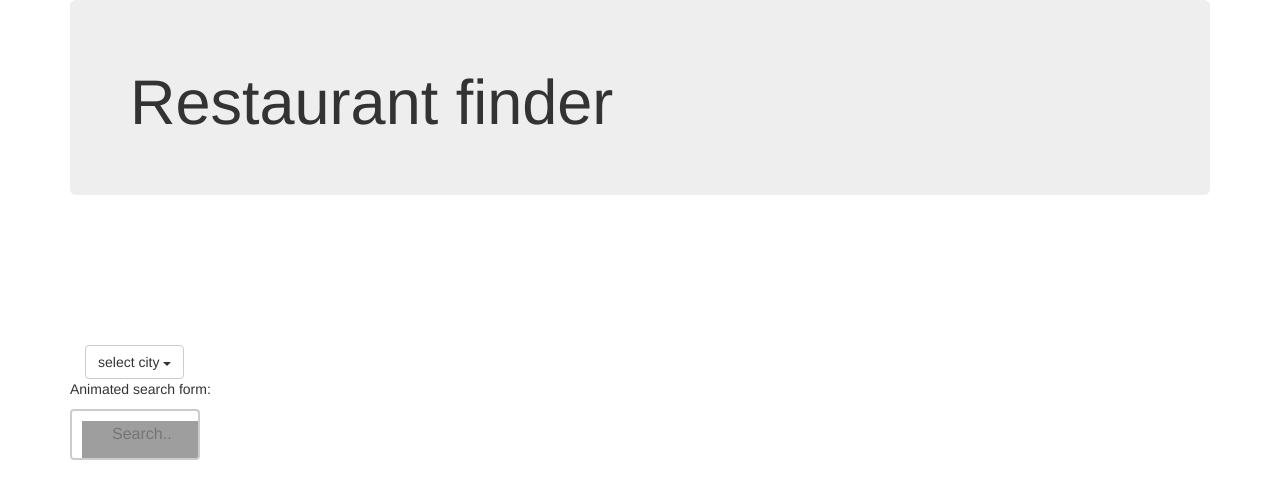
Repository: ganz-95/Denuvo-final
Page: http://localhost/restaurant/
These files come from the project's save history. The page is drawn as it stood at one moment and after the next save; the edit follows.
The browser window is 1280 px wide. The pictures show the whole page.
Pictures or frames that could not be fetched are drawn as grey boxes. Some web libraries are served in a nearby version. The page is served by Tomcat 9.

Above is the page before, as saved 2017-01-23 15:46:38.

After the next save:
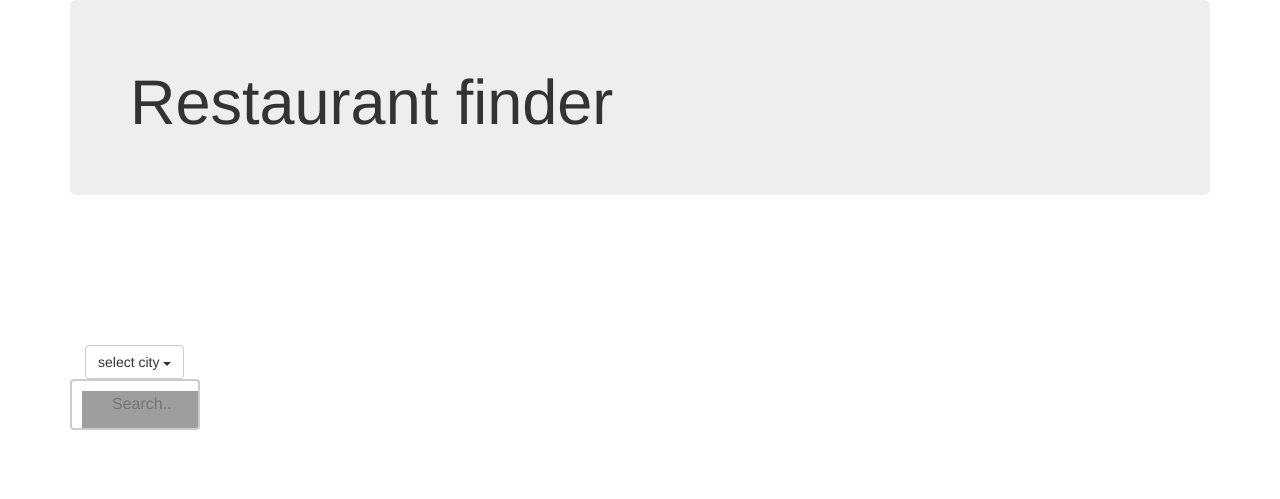
Saved 67 s later.
--- a/workspace/restaurant/src/main/webapp/index.jsp
+++ b/workspace/restaurant/src/main/webapp/index.jsp
@@ -50,14 +50,11 @@ input[type=text] {
 }
 
 input[type=text]:focus {
-    width: 100%;
+    width: 80%;
 }
 </style>
 </head>
 <body>
-
-<p>Animated search form:</p>
-
 <form>
   <input type="text" name="search" placeholder="Search..">
 </form>
